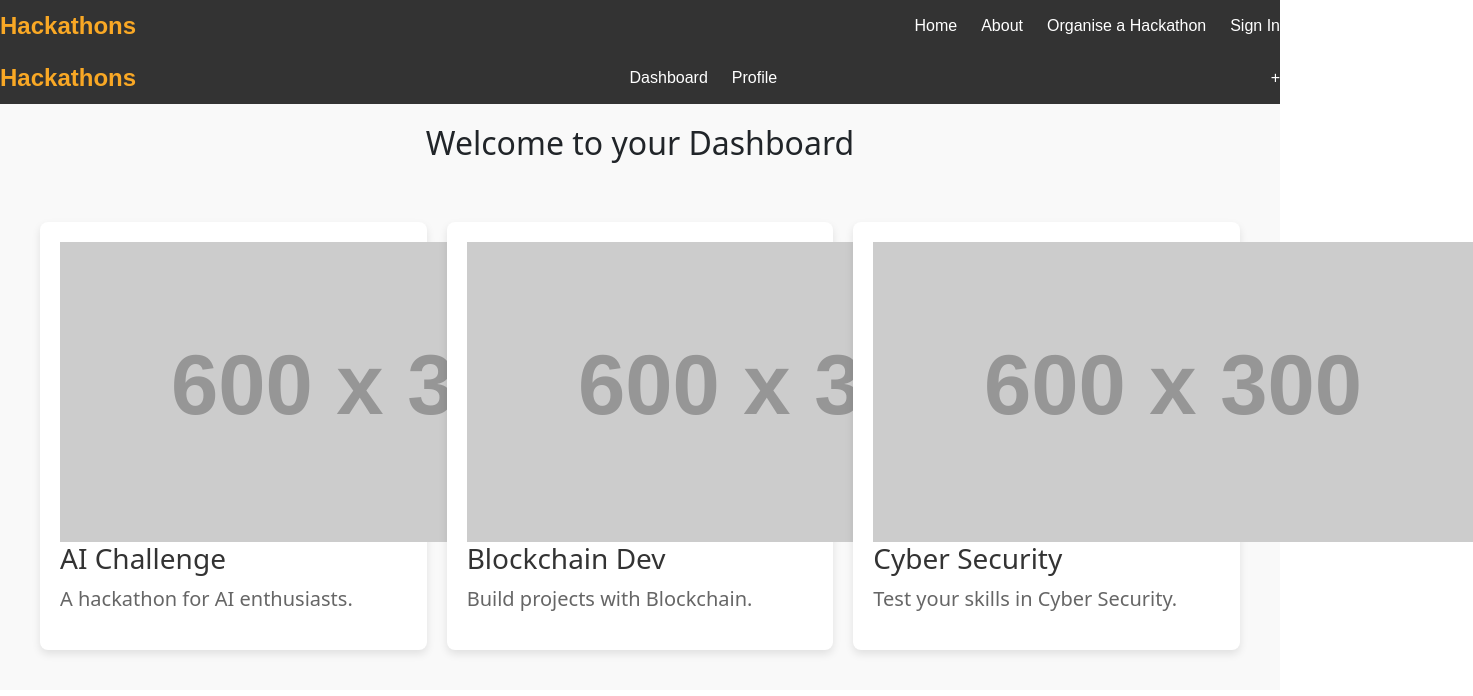
Repository: Ken-Kanike/RUBIX25_41_TECHTITANS
Page: /dashboard (app in backend/client/)
These files come from the project's save history. The page is drawn as it stood at one moment and after the next save; the edit follows.
The browser window is 1280 px wide. The page is 1473 px wide, then 1280 px, so the pictures cover 1473 px, including what lies to the right of the window. The pictures show the whole page.
The project was rebuilt for these pictures with package versions that can differ from the ones it lists, and the page was loaded fresh each time. Also part of the build but not shown: backend/client/src/homepage.js, backend/client/src/signin.js.

Above is the page before, as saved 2025-01-23 01:41:55.

### backend/client/public/index.html
<!DOCTYPE html>
<html lang="en">
  <head>
    <meta charset="utf-8" />
    <!-- <link rel="icon" href="%PUBLIC_URL%/favicon.ico" /> -->
    <meta name="viewport" content="width=device-width, initial-scale=1" />
    <meta name="theme-color" content="#000000" />
    <!-- <meta
      name="description"
      content="Web site created using create-react-app"
    />
    <link rel="apple-touch-icon" href="%PUBLIC_URL%/logo192.png" />

      manifest.json provides metadata used when your web app is installed on a
      user's mobile device or desktop. See https://developers.google.com/web/fundamentals/web-app-manifest/

    <link rel="manifest" href="%PUBLIC_URL%/manifest.json" /> -->

    <title>React App</title>
  </head>
  <body>
    <noscript>You need to enable JavaScript to run this app.</noscript>
    <div id="root"></div>

  </body>
</html>

### backend/client/src/App.js
import React from 'react';
import { BrowserRouter as Router, Route, Routes } from 'react-router-dom';
import Navbar from './navbar';
import HomePage from './homepage';
import SignInPage from './signin'; // Import SignInPage component
import Dashboard from "./dashboardUSER";

function App() {
  return (
    <Router>
      <Navbar /> {/* Navbar is outside of Routes */}
      <Routes>
        <Route path="/" element={<HomePage />} /> {/* HomePage route */}
        <Route path="/signin" element={<SignInPage />} /> {/* SignInPage route */}
        <Route path="/dashboard" element={<Dashboard />} />
      </Routes>
    </Router>
  );
}

export default App;

### backend/client/src/navbar.js
// src/Navbar.js
import React from 'react';
import { Link, useLocation } from 'react-router-dom'; // Import useLocation from react-router-dom
import './navbar.css'; // For styling

const Navbar = () => {
    const location = useLocation(); // Get the current route location

    return (
        <nav className="navbar">
            <div className="navbar-logo">Hackathons</div>
            <ul className="navbar-links">
                {/* Conditionally render navbar items based on the current route */}
                {location.pathname !== "/signin" && (
                    <li><Link to="/">Home</Link></li> // Show "Home" link except on the SignIn page
                )}
                <li><Link to="#about">About</Link></li>
                <li><Link to="#organise">Organise a Hackathon</Link></li>
                {location.pathname === "/signin" ? (
                    <li><Link to="/">Home</Link></li> // Show "Home" link on SignIn page
                ) : (
                    <li><Link to="/signin">Sign In</Link></li> // Show "Sign In" link on other pages
                )}
            </ul>
        </nav>
    );
};

export default Navbar;

### backend/client/src/dashboardUSER.js
import React from "react";
import "./dashboardUSER.css";
import Navbar from "./dashboardUnavbar"; // Import Navbar

const Dashboard = () => {
    const hackathons = [
        { name: "AI Challenge", details: "A hackathon for AI enthusiasts." },
        { name: "Blockchain Dev", details: "Build projects with Blockchain." },
        { name: "Cyber Security", details: "Test your skills in Cyber Security." },
    ];

    return (
        <div>
            <Navbar />
            <div className="dashboard-container">
                <h2>Welcome to your Dashboard</h2>
                <div className="hackathon-cards">
                    {hackathons.map((hackathon, index) => (
                        <div className="hackathon-card" key={index}>
                            <div className="hackathon-image">
                                {/* Placeholder for Hackathon Image */}
                                <img
                                    src="https://via.placeholder.com/600x300"  // Placeholder image URL
                                    alt={hackathon.name}
                                    className="hackathon-img"
                                />
                            </div>
                            <h3>{hackathon.name}</h3>
                            <p>{hackathon.details}</p>
                        </div>
                    ))}
                </div>
            </div>
        </div>
    );
};

export default Dashboard;

### backend/client/src/navbar.css
/* src/Navbar.css */
.navbar {
    display: flex;
    justify-content: space-between;
    align-items: center;
    padding: 0.8rem 2rem;
    background-color: #333;
    color: white;
    font-family: Arial, sans-serif;
}

.navbar-logo {
    font-size: 1.5rem;
    font-weight: bold;
    color: #f9a825; /* Yellowish highlight */
}

.navbar-links {
    list-style: none;
    display: flex;
    gap: 1.5rem;
    margin: 0;
    padding: 0;
}

.navbar-links li {
    display: inline;
}

.navbar-links a {
    text-decoration: none;
    color: white;
    font-size: 1rem;
    transition: color 0.3s ease;
}

.navbar-links a:hover {
    color: #f9a825;
}

### backend/client/src/homepage.css
/* Overall container styling */
.homepage-container {
    font-family: Arial, sans-serif;
    padding: 20px;
    text-align: center;
    background-color: #f9f9f9;
}

/* Header styling */
h1 {
    color: #2c3e50;
    font-size: 36px;
    margin-bottom: 10px;
}

p {
    font-size: 20px;
    color: #34495e;
    margin-bottom: 20px;
}

/* Features section */
.features-section {
    display: grid;
    grid-template-columns: repeat(auto-fit, minmax(300px, 1fr));
    gap: 20px;
    padding: 20px;
}

/* Individual feature box */
.feature-box {
    background-color: #ffffff;
    border: 1px solid #ddd;
    border-radius: 8px;
    padding: 20px;
    box-shadow: 0 4px 8px rgba(0, 0, 0, 0.1);
    transition: transform 0.3s ease, box-shadow 0.3s ease;
}

.feature-box:hover {
    transform: translateY(-5px);
    box-shadow: 0 8px 16px rgba(0, 0, 0, 0.2);
}

.feature-box h2 {
    font-size: 24px;
    color: #1abc9c;
    margin-bottom: 10px;
}

.feature-box p {
    font-size: 16px;
    color: #7f8c8d;
}

### backend/client/src/dashboardUSER.css
/* Dashboard Styles */
.dashboard-container {
    padding: 20px;
    background-color: #f9f9f9;
}

.dashboard-container h2 {
    text-align: center;
    font-size: 2rem;
    margin-bottom: 40px;
}

/* Hackathon Cards */
.hackathon-cards {
    display: grid;
    grid-template-columns: repeat(auto-fill, minmax(300px, 1fr));
    gap: 20px;
    padding: 20px;
}

.hackathon-card {
    background-color: #fff;
    border-radius: 8px;
    padding: 20px;
    box-shadow: 0 4px 8px rgba(0, 0, 0, 0.1);
    transition: transform 0.3s ease, box-shadow 0.3s ease;
    cursor: pointer;
}

.hackathon-card:hover {
    transform: translateY(-5px);
    box-shadow: 0 10px 15px rgba(0, 0, 0, 0.2);
}

.hackathon-card h3 {
    color: #333;
}

.hackathon-card p {
    color: #666;
}

### backend/client/src/dashboardUnavbar.js
import React, { useState } from "react";
import "./navbar.css";

const Navbar = () => {
    const [profileImage, setProfileImage] = useState(null);

    const handleImageUpload = (event) => {
        const file = event.target.files[0];
        if (file) {
            const reader = new FileReader();
            reader.onloadend = () => {
                setProfileImage(reader.result);
            };
            reader.readAsDataURL(file);
        }
    };

    return (
        <nav className="navbar">
            <div className="navbar-logo">Hackathons</div>
            <ul className="navbar-links">
                <li><a href="#dashboard">Dashboard</a></li>
                <li><a href="#profile">Profile</a></li>
            </ul>

            {/* Profile Section with Upload */}
            <div className="navbar-profile">
                <label htmlFor="file-input">
                    <div className="profile-circle">
                        {profileImage ? (
                            <img src={profileImage} alt="Profile" />
                        ) : (
                            <span>+</span>
                        )}
                    </div>
                </label>
                <input
                    type="file"
                    id="file-input"
                    style={{ display: "none" }}
                    onChange={handleImageUpload}
                />
            </div>
        </nav>
    );
};

export default Navbar;

Loaded but not shown: backend/client/src/index.js (common file); backend/client/src/index.css (common file); backend/client/src/reportWebVitals.js (common file)

After the next save:
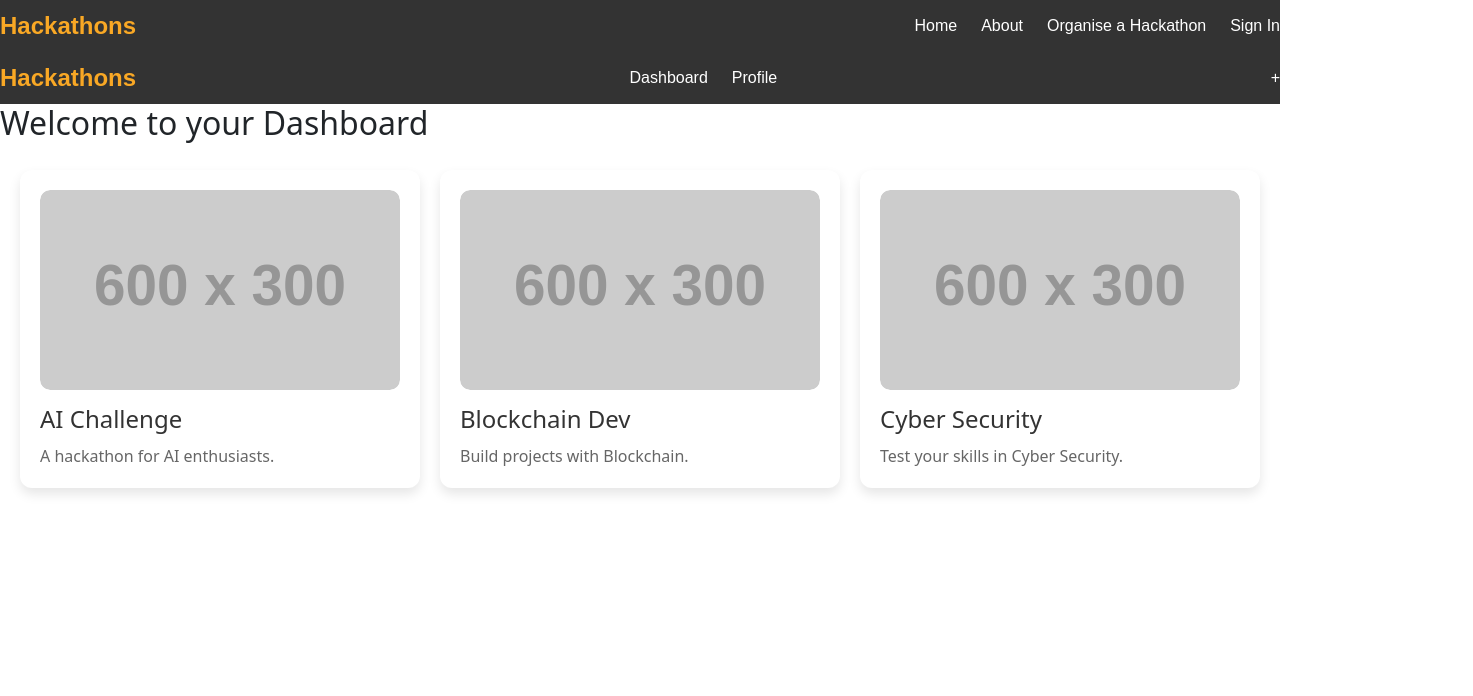
Saved 13 s later.
--- a/backend/client/src/dashboardUSER.css
+++ b/backend/client/src/dashboardUSER.css
@@ -1,41 +1,57 @@
-/* Dashboard Styles */
-.dashboard-container {
+/* .dashboard-container {
     padding: 20px;
     background-color: #f9f9f9;
-}
+    text-align: center;
+} */
 
-.dashboard-container h2 {
-    text-align: center;
-    font-size: 2rem;
-    margin-bottom: 40px;
-}
-
-/* Hackathon Cards */
+/* Style for Hackathon Cards */
 .hackathon-cards {
     display: grid;
-    grid-template-columns: repeat(auto-fill, minmax(300px, 1fr));
+    grid-template-columns: repeat(auto-fill, minmax(350px, 1fr));
     gap: 20px;
     padding: 20px;
 }
 
 .hackathon-card {
     background-color: #fff;
-    border-radius: 8px;
+    border-radius: 12px;
     padding: 20px;
-    box-shadow: 0 4px 8px rgba(0, 0, 0, 0.1);
+    box-shadow: 0 6px 12px rgba(0, 0, 0, 0.1);
+    cursor: pointer;
     transition: transform 0.3s ease, box-shadow 0.3s ease;
-    cursor: pointer;
+    height: auto;
 }
 
 .hackathon-card:hover {
     transform: translateY(-5px);
-    box-shadow: 0 10px 15px rgba(0, 0, 0, 0.2);
+    box-shadow: 0 8px 16px rgba(0, 0, 0, 0.2);
 }
 
+/* Hackathon Image Section */
+.hackathon-image {
+    width: 100%;
+    height: 200px;
+    overflow: hidden;
+    margin-bottom: 15px;
+    border-radius: 10px;
+}
+
+.hackathon-img {
+    width: 100%;
+    height: 100%;
+    object-fit: cover;
+    border-radius: 10px;
+}
+
+/* Text and Details Styling */
 .hackathon-card h3 {
+    font-size: 1.5rem;
     color: #333;
+    margin: 10px 0;
 }
 
 .hackathon-card p {
+    font-size: 1rem;
     color: #666;
+    margin: 0;
 }
